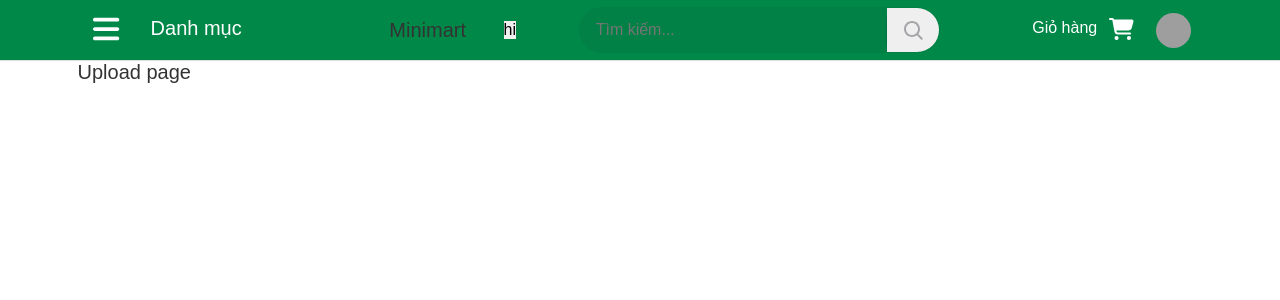
Repository: Duytan05/tiktok-ui
Page: /upload
The author's editor kept a copy of each file at every save. The page is drawn from the files as they stood at one save, then again after the next save.
The browser window is 1280 px wide. The pictures show the whole page.
Pictures or frames that could not be fetched are drawn as grey boxes. Some web fonts or font styles are not loaded; a fallback is used. The project was rebuilt for these pictures with package versions that can differ from the ones it lists, and the page was loaded fresh each time. Also part of the build but not shown: src/component/Button/Button.module.scss, src/component/Popper/Popper.module.scss, src/component/Popper/Menu/Menu.module.scss, src/component/Popper/Menu/Header.js, src/component/AccountItem/AccountItem.module.scss, src/component/AccountItem/index.js, src/component/Layout/components/Cart/CartItem.js, src/component/Layout/components/Container/Container.module.scss and 16 more.

Above is the page before, as saved 2023-05-23 14:23:08.

After the next save:
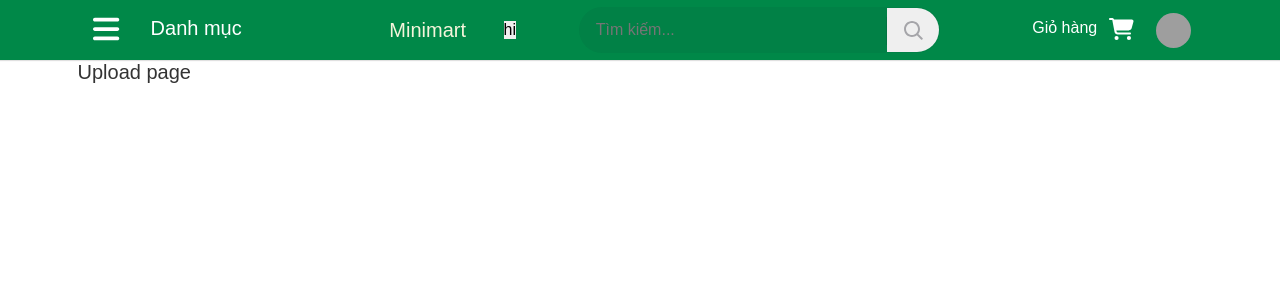
Saved 26 s later.
--- a/src/component/Layout/components/Header/Header.module.scss
+++ b/src/component/Layout/components/Header/Header.module.scss
@@ -67,6 +67,7 @@
 .logo {
     font-size: 20px;
     margin-left: 95px;
+    color: beige;
     // margin-right: 60px;
 }
 .map {
